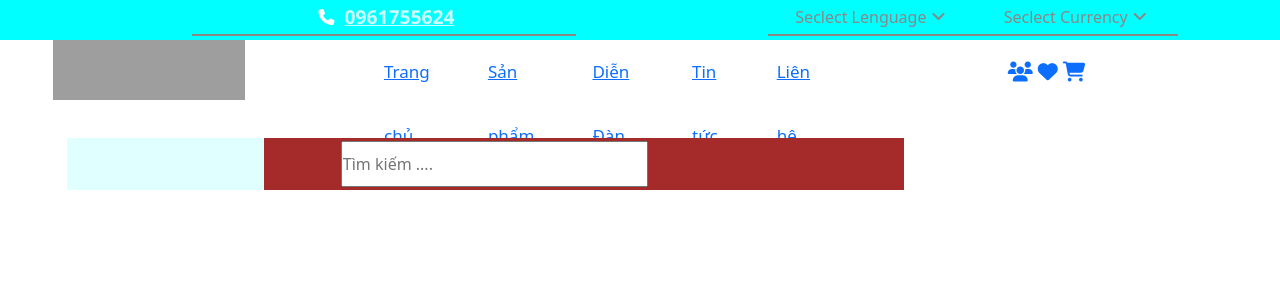
Repository: giacatdat2k5/Baitaplon
Page: da/d.html
An editor plug-in stored every save of this project. The page is shown before and after the next save, followed by the edit.
The browser window is 1280 px wide. The pictures show the whole page.
Pictures or frames that could not be fetched are drawn as grey boxes.

Above is the page before, as saved 2023-11-07 00:48:21.

After the next save:
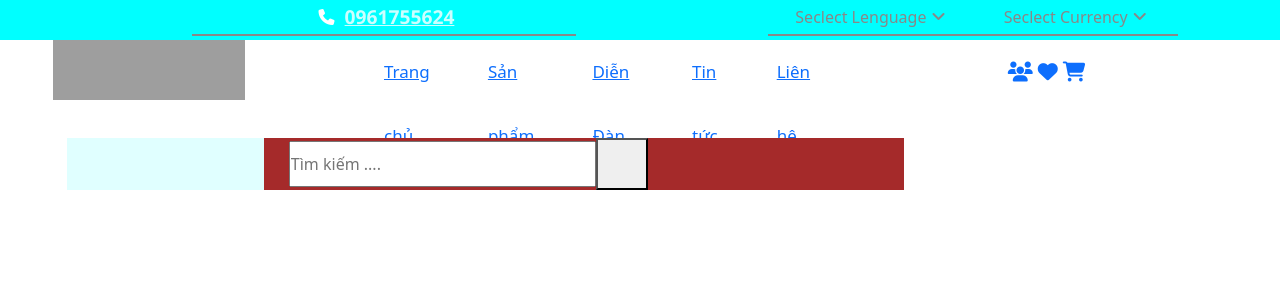
Saved 1 s later.
--- a/da/d.html
+++ b/da/d.html
@@ -60,6 +60,7 @@
         <div class="nav2-right">
          <div class="search">
             <input class="tk" type="text" placeholder="Tìm kiếm ....">
+            <button class="nut"></button>
          </div>
         </div>
     </div>
